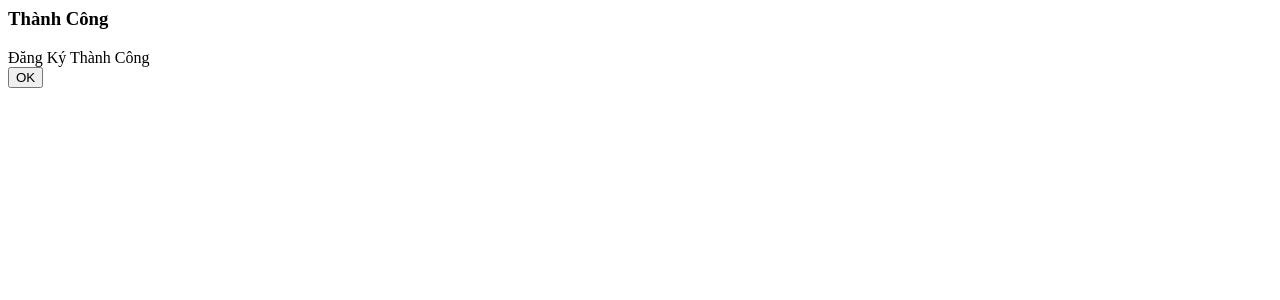
Repository: chickenoken/LuanAn
Page: http://localhost/net/ThanhCong
The author's editor kept a copy of each file at every save. The page is drawn from the files as they stood at one save, then again after the next save.
The browser window is 1280 px wide. The pictures show the whole page.
The page is served by Tomcat 9.

Above is the page before, as saved 2019-06-17 10:04:03.

After the next save:
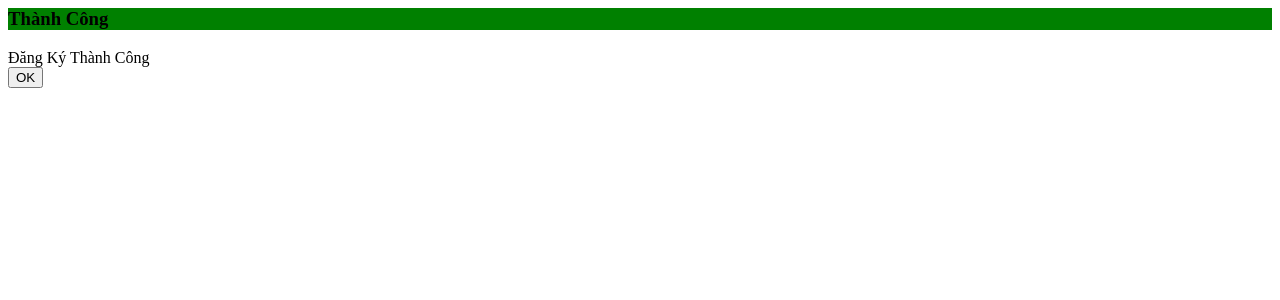
Saved 2 min 4 s later.
--- a/net/src/main/webapp/WEB-INF/pages/ThanhCong.jsp
+++ b/net/src/main/webapp/WEB-INF/pages/ThanhCong.jsp
@@ -1,7 +1,7 @@
 <%@ page language="java" contentType="text/html; charset=UTF-8"
   pageEncoding="UTF-8"%>
 <%@taglib prefix="c" uri="http://java.sun.com/jsp/jstl/core"%>
-<div class="modal-header">
+<div class="modal-header" style="background-color: green;">
   <h3>Thành Công</h3>
 </div>
 <div class="modal-body">
